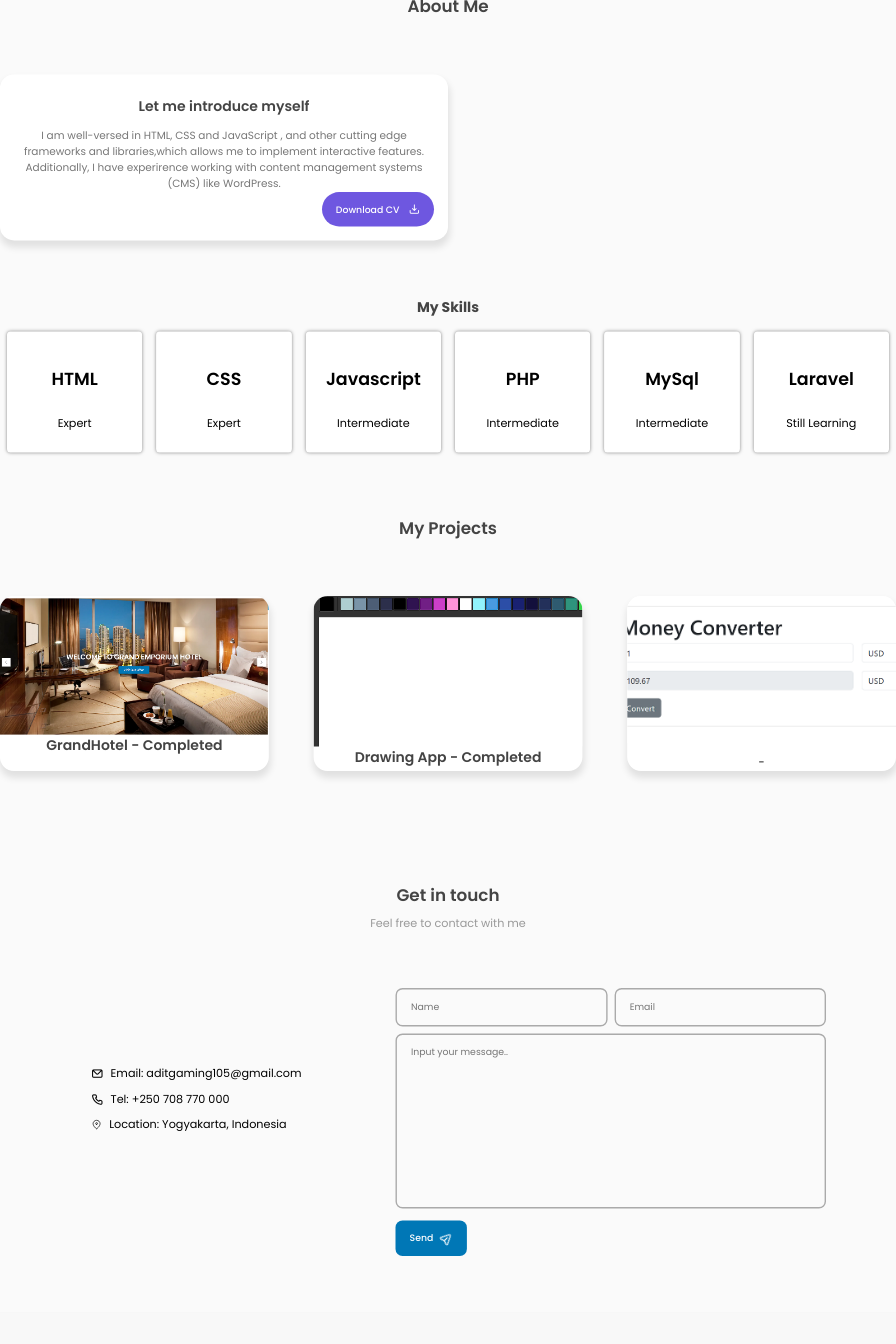
Repository: 4Kbrain/Portofolio
Page: index.html
An editor plug-in stored every save of this project. The page is shown before and after the next save, followed by the edit.
The browser window is 1280 px wide. The pictures show the part of the page from y = 809 to 2729 px (the page is 3007 px tall), at 70% of full size.

Above is the page before, as saved 2024-05-15 17:50:23.
Console error: ReferenceError: ScrollReveal is not defined

After the next save:
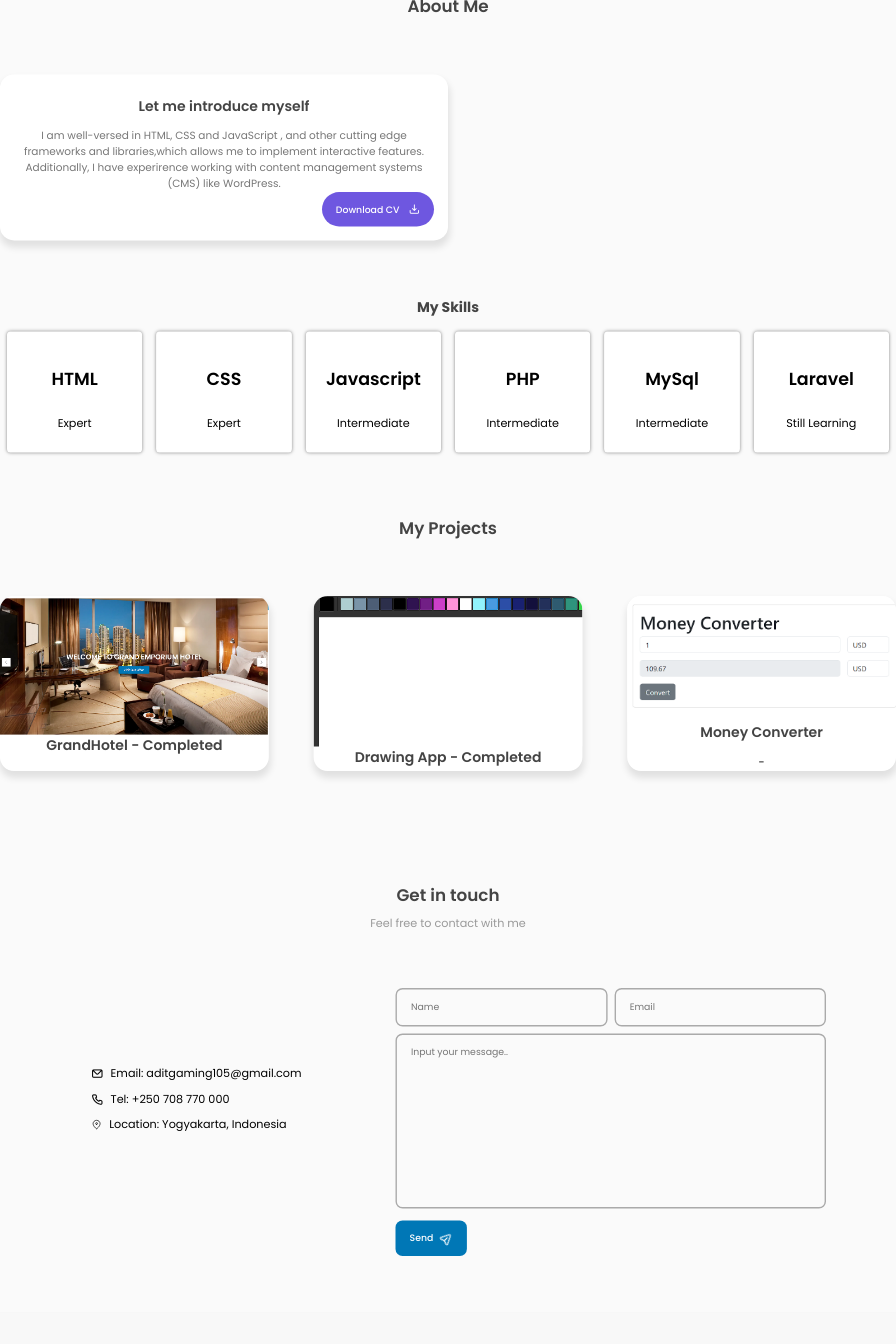
Saved 11 s later.
--- a/index.html
+++ b/index.html
@@ -190,7 +190,7 @@
             </div>
             <div class="project-box">
                 <img src="assets/img/money.png" alt="3" class="project-image">
-                <h3></h3>
+                <h3>Money Converter</h3>
                 <label> - </label>
             </div>
         </div>
